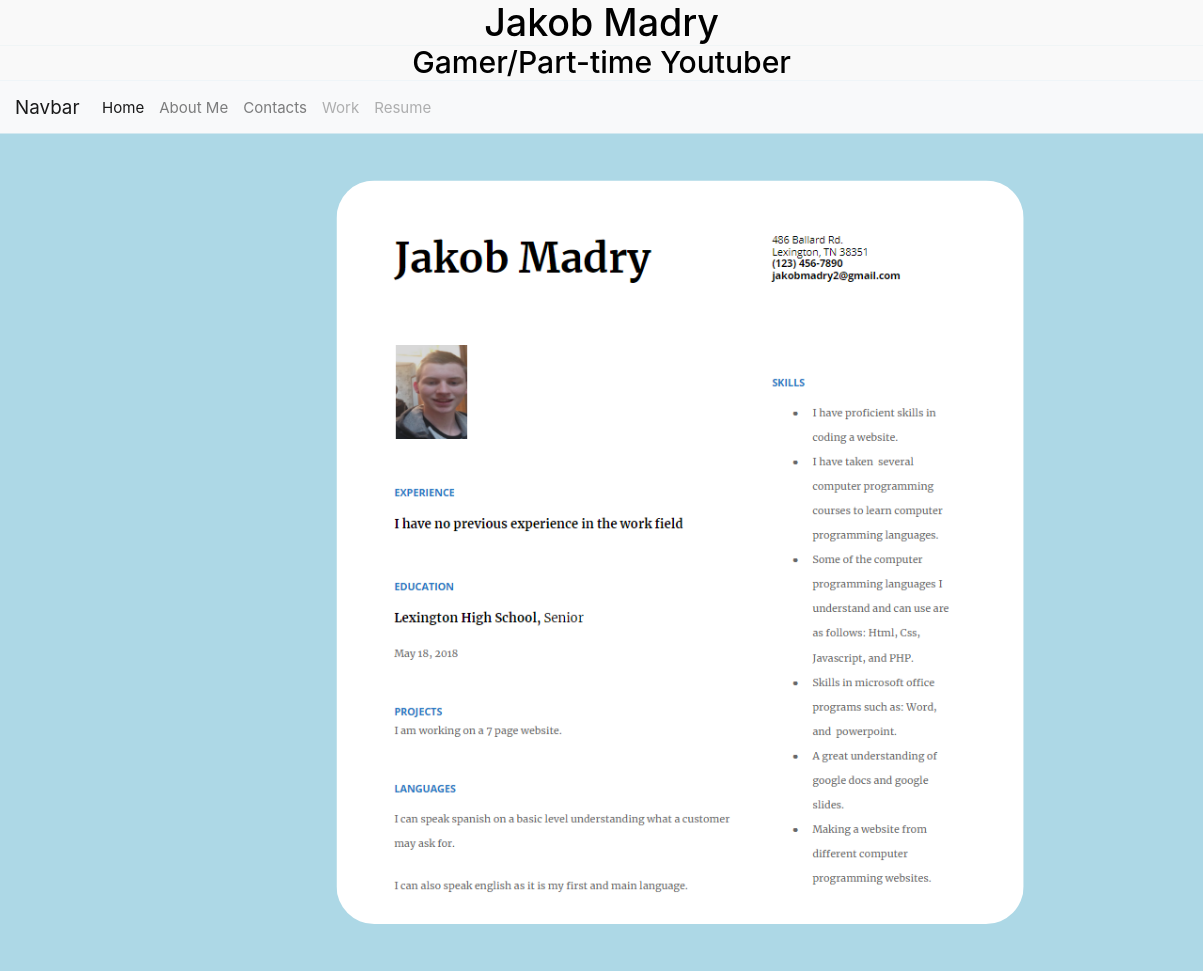
Repository: Jakobmadry/workspace
Page: resume.html
The author's editor kept a record of every edit. The page is drawn from the files as they stood at one moment, then again after the next edit.
The browser window is 1280 px wide. The pictures show the whole page, at 94% of full size.

Above is the page before.
Not found: css/normalize.css

### resume.html
<!DOCETYPE HTML>
<html>
  <!--to turn in on google class room password= blxrgt-->
<head>
  <meta charset="utf-8">
   <title>Jakob Madry | Gamer/Part-time Youtuber</title>
<link href='https://maxcdn.bootstrapcdn.com/bootstrap/4.0.0/css/bootstrap.min.css' rel='stylesheet' integrity='sha384-Gn5384xqQ1aoWXA+058RXPxPg6fy4IWvTNh0E263XmFcJlSAwiGgFAW/dAiS6JXm' crossorigin='anonymous'>
<link rel="stylesheet" type="text/css" href="css/normalize.css">
<link rel="stylesheet" type="text/css" href="css/main.css">


</head>
<body>
<header>
 <h1>
     Jakob Madry
  </h1>
  <h2>
    Gamer/Part-time Youtuber
  </h2>
<nav class="navbar navbar-expand-lg navbar-light bg-light">
  <a class="navbar-brand" href="#">Navbar</a>
  <button class="navbar-toggler" type="button" data-toggle="collapse" data-target="#navbarNav" aria-controls="navbarNav" aria-expanded="false" aria-label="Toggle navigation">
    <span class="navbar-toggler-icon"></span>
  </button>
  <div class="collapse navbar-collapse" id="navbarNav">
    <ul class="navbar-nav">
      <li class="nav-item active">
        <a class="nav-link" href="index.html">Home <span class="sr-only">(current)</span></a>
      </li>
      <li class="nav-item">
        <a class="nav-link" href="about.html">About Me</a>
      </li>
      <li class="nav-item">
        <a class="nav-link" href="contact.html">Contacts</a>
      </li>
      <li class="nav-item">
        <a class="nav-link disabled" href="work.html">Work</a>
      </li>
      <li class="nav-item">
        <a class="nav-link disabled" href="resume.html">Resume</a>
      </li>
    </ul>
  </div>
</nav>
 </header>
 <img src="img/resume.PNG" class= "resume img-fluid">
<footer>



</footer>


</body>


</html>

### css/main.css
h1,h2,h3{
background:#f9f9f9;
color:black;
text-align:center;
margin:0 auto;

}
body{
    background-color:lightblue;
}


a {
  text-decoration: none;


}
p {

color:grey;

font-size:30px;

}
.stuff img{
    margin:50px;
}



img{
border-radius:40px;
margin:50px;

}

header{
margin:auto;
border:0;
padding:inherit;
}
.navagation{
float:left;

}


#channels{
margin:0 auto;
}

.logo img{
}

#links{text-align:center;}

.aboutheader{
    background-color: lightblue;
    color:grey;
    margin-top:50px;
}

.p1,.p2,.p3{
    padding-left:10%;
    padding-top:1%;
    font-size:150%;
}
 .nav-link,.nav-link:hover,.nav-link:active,.nav-link:visited {
 color: grey;
 text-decoration:none;
}



.contactsheader{
    margin-top:5%;
    color:grey;
    background-color:lightblue;
}
.where{
    padding-top:1%;
    text-decoration:none;
    text-align:center;
    font-size: 30px
}
ul{
    list-style-type: none;
}
.resume{
 margin-left:28%;
}

After the next edit:
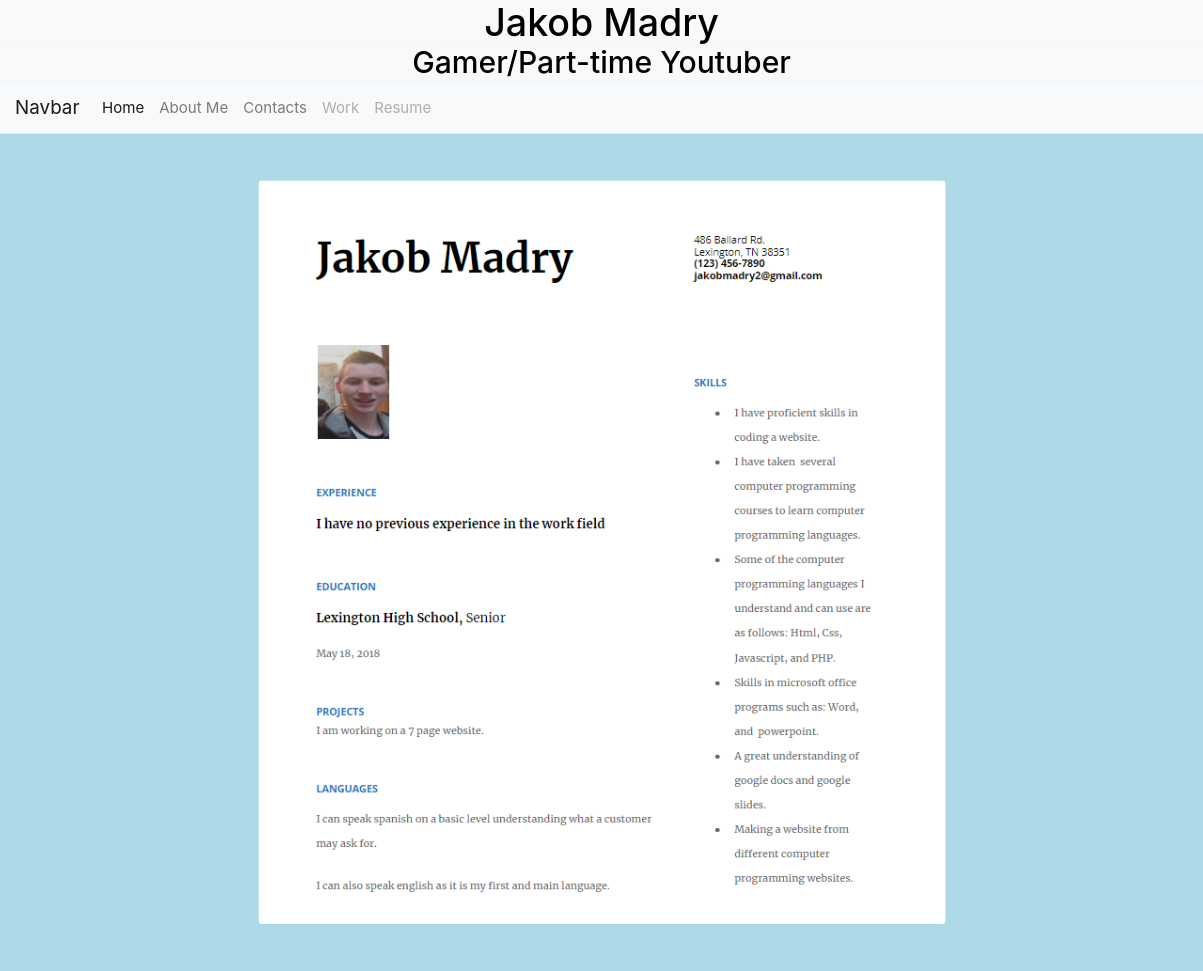
The edit:
--- a/resume.html
+++ b/resume.html
@@ -44,7 +44,7 @@
   </div>
 </nav>
  </header>
- <img src="img/resume.PNG" class= "resume img-fluid">
+ <img src="img/resume.PNG" class= "resume img-fluid rounded mx-auto d-block">
 <footer>
 
 
